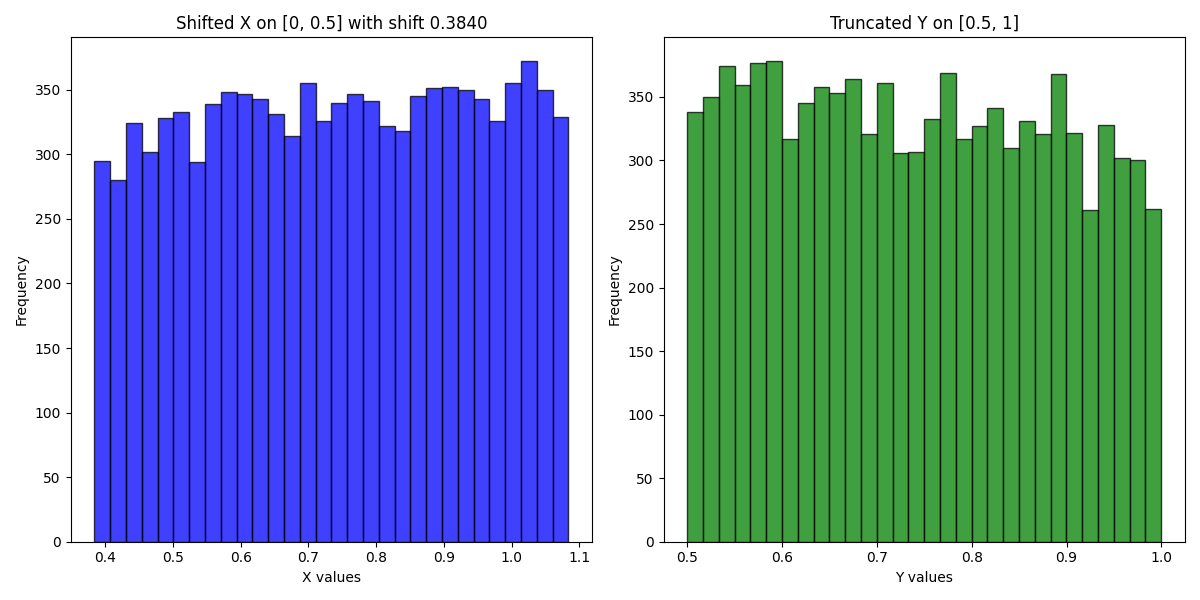
Repository: KrystofM/stealing-part-lm-supplementary-plaid
Script's output: python optimize_logit_queries/askers/shift.py
The author's editor kept a copy of each file at every save. The script's output is drawn from the files as they stood at one save, then again after the next save.
Random numbers start from a fixed seed.

Above is the script's output before, as saved 2024-06-24 23:42:24.

### optimize_logit_queries/askers/shift.py
import numpy as np
import scipy.stats as stats
import matplotlib.pyplot as plt


# Function to generate truncated normal samples
def truncated_normal(mean, sigma, lower, upper, size=1):
    a, b = (lower - mean) / sigma, (upper - mean) / sigma
    truncated_distribution = stats.truncnorm(a, b, loc=mean, scale=sigma)
    samples = truncated_distribution.rvs(size=size)
    return samples

# Parameters
mean = 0.5
sigma = 0.8
size = 10000  # Increasing sample size for better accuracy

# Truncate X on [0, 0.5]
lower_X = 0
upper_X = 0.7
X = truncated_normal(mean, sigma, lower_X, upper_X, size=size)

# Truncate Y on [0.5, 1]
lower_Y = 0.5
upper_Y = 1
Y = truncated_normal(mean, sigma, lower_Y, upper_Y, size=size)

# Function to calculate P(X > Y) and P(Y > X)
def calculate_probabilities(X, Y, shift=0):
    X_shifted = X + shift
    prob_X_greater = np.mean(X_shifted > Y)
    prob_Y_greater = np.mean(Y > X_shifted)
    return prob_X_greater, prob_Y_greater

# Initial probabilities without any shift
prob_X_greater, prob_Y_greater = calculate_probabilities(X, Y)
print(f'Initial P(X > Y): {prob_X_greater}, P(Y > X): {prob_Y_greater}')

# Find the shift that makes P(X > Y) equal to P(Y > X)
shift = 0
tolerance = 0.001
shift_values = np.linspace(0, 1, 1001)  # Generate 1001 shift values from 0 to 1
best_shift = 0
smallest_difference = float('inf')  # Initialize with a large number
best_prob_X_greater = 0  # Initialize the best P(X > Y)
best_prob_Y_greater = 0  # Initialize the best P(Y > X)

for shift in shift_values:
    prob_X_greater, prob_Y_greater = calculate_probabilities(X, Y, shift)
    difference = abs(prob_X_greater - prob_Y_greater)
    if difference < smallest_difference:
        smallest_difference = difference
        best_shift = shift
        best_prob_X_greater = prob_X_greater  # Update the best P(X > Y)
        best_prob_Y_greater = prob_Y_greater  # Update the best P(Y > X)
        if smallest_difference < tolerance:
            break

print(f'Best P(X > Y): {best_prob_X_greater}, P(Y > X): {best_prob_Y_greater}')
print(f'Best shift: {best_shift}, with smallest difference: {smallest_difference}')
# Plot the results with the shifted X
plt.figure(figsize=(12, 6))

plt.subplot(1, 2, 1)
plt.hist(X + best_shift, bins=30, alpha=0.75, color='blue', edgecolor='black')
plt.title(f'Shifted X on [0, 0.5] with shift {shift:.4f}')
plt.xlabel('X values')
plt.ylabel('Frequency')

plt.subplot(1, 2, 2)
plt.hist(Y, bins=30, alpha=0.75, color='green', edgecolor='black')
plt.title('Truncated Y on [0.5, 1]')
plt.xlabel('Y values')
plt.ylabel('Frequency')

plt.tight_layout()
plt.show()

After the next save:
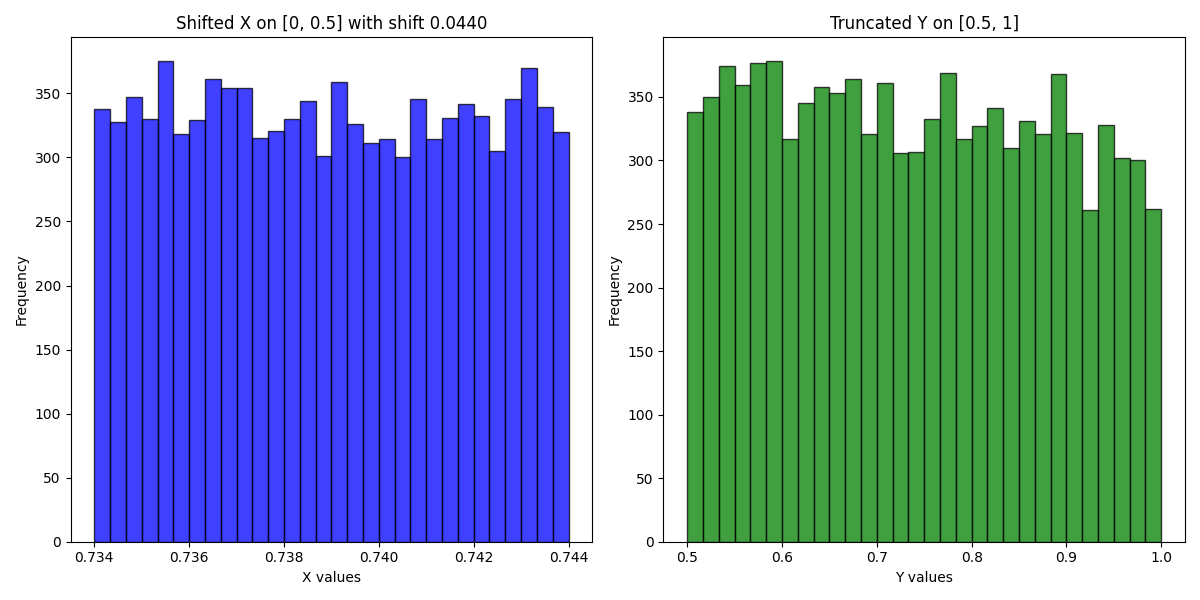
Saved 14 s later.
--- a/optimize_logit_queries/askers/shift.py
+++ b/optimize_logit_queries/askers/shift.py
@@ -16,7 +16,7 @@ sigma = 0.8
 size = 10000  # Increasing sample size for better accuracy
 
 # Truncate X on [0, 0.5]
-lower_X = 0
+lower_X = 0.69
 upper_X = 0.7
 X = truncated_normal(mean, sigma, lower_X, upper_X, size=size)
 
